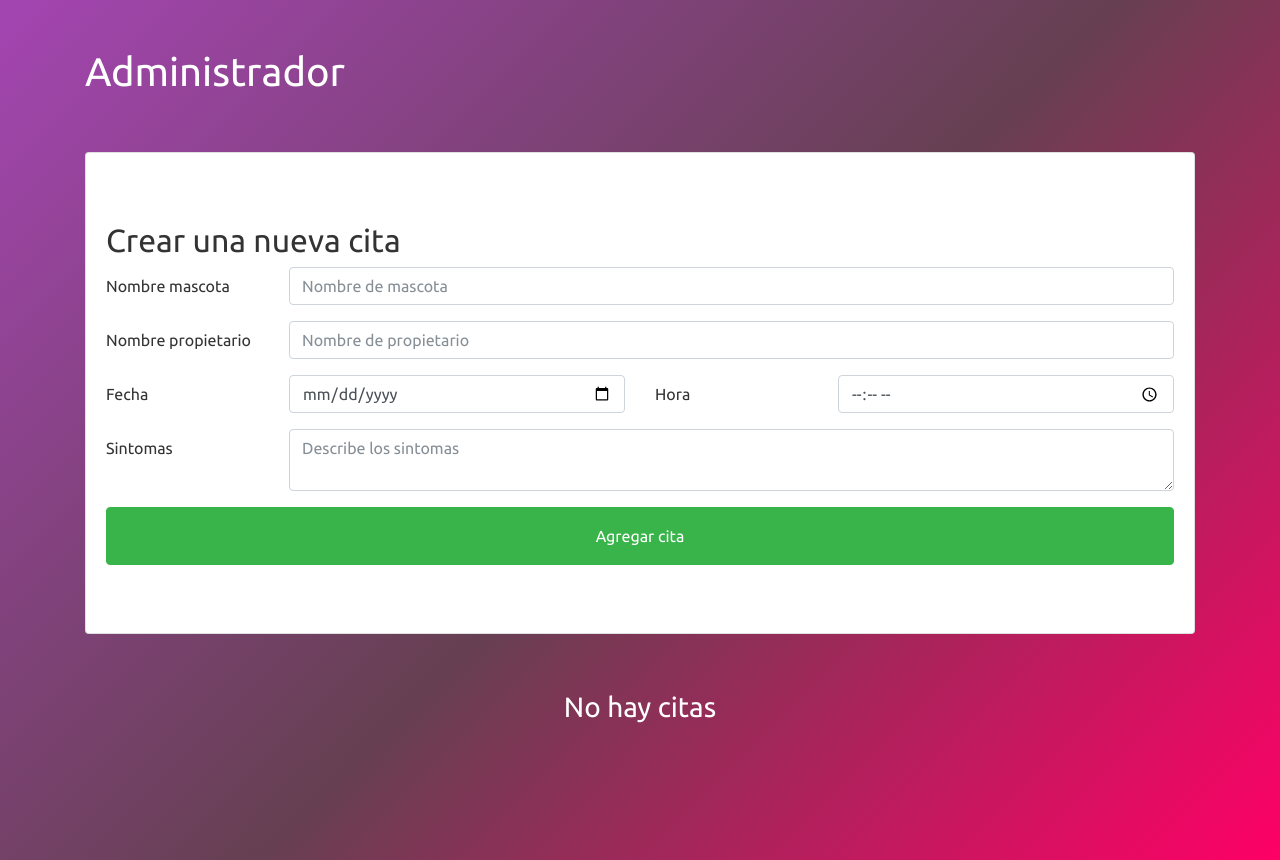
Repository: harrycampaz/react-veterinario-form
Page: /
The author's editor kept a copy of each file at every save. The page is drawn from the files as they stood at one save, then again after the next save.
The browser window is 1280 px wide. The pictures show the whole page.
The project was rebuilt for these pictures with package versions that can differ from the ones it lists, and the page was loaded fresh each time. Also part of the build but not shown: src/components/layout/ItemCita.js.

Above is the page before, as saved 2020-01-16 18:15:20.

After the next save:
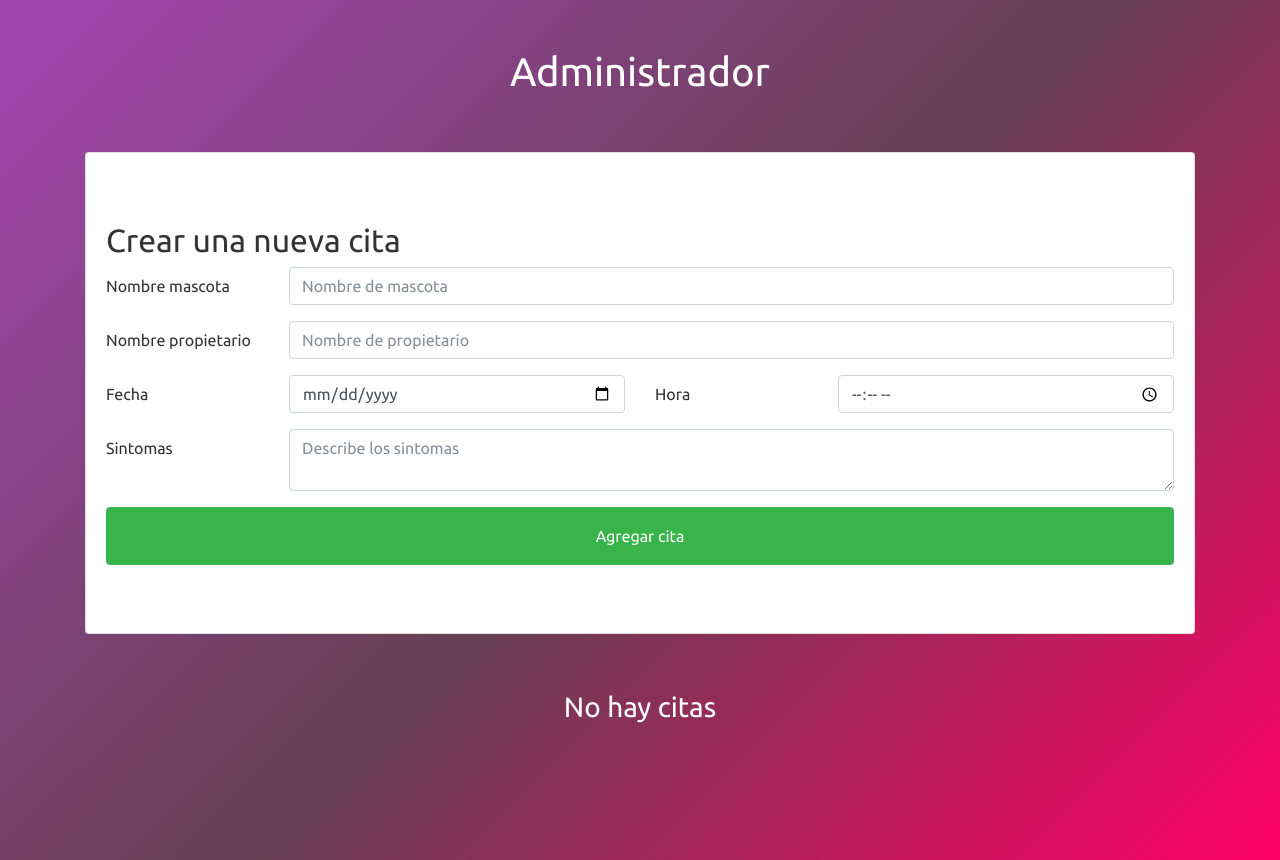
Saved 2 min 25 s later.
--- a/src/components/ui/Header.js
+++ b/src/components/ui/Header.js
@@ -3,7 +3,7 @@ import PropTypes from 'prop-types';
 const Header = ({titulo}) => {
     return (
       <header>
-<h1 > {titulo}</h1>
+<h1 className="text-center"> {titulo}</h1>
       </header>
     );
 };
